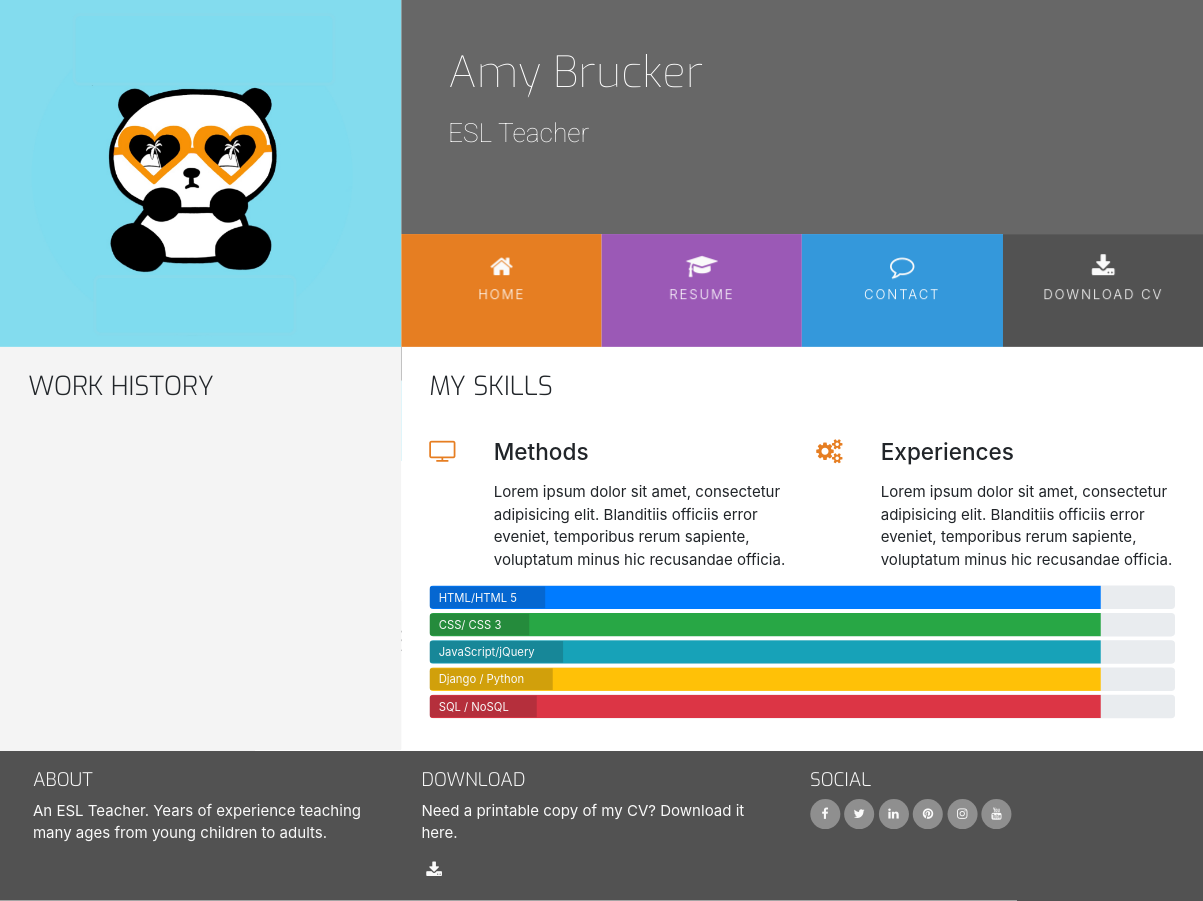
Repository: amybru/resume
Page: resume.html
The author's editor kept a record of every edit. The page is drawn from the files as they stood at one moment, then again after the next edit.
The browser window is 1280 px wide. The pictures show the whole page, at 94% of full size.
Some web libraries are served in a nearby version.

Above is the page before.

### resume.html
<!DOCTYPE html>
<html lang="en">
<head>
    <meta charset="UTF-8">
    <meta name="viewport" content="width=device-width, initial-scale=1.0">
    <meta http-equiv="X-UA-Compatible" content="ie=edge">
    <link rel="stylesheet" href="https://maxcdn.bootstrapcdn.com/bootstrap/4.2.1/css/bootstrap.min.css" type="text/css" />
    <link rel="stylesheet" href="https://maxcdn.bootstrapcdn.com/font-awesome/4.7.0/css/font-awesome.min.css" type="text/css" />
    <link rel="stylesheet" href="https://cdnjs.cloudflare.com/ajax/libs/hover.css/2.3.1/css/hover-min.css" type="text/css" />
    <link rel="stylesheet" href="assets/css/style.css">
    <title>Amy</title>
</head>
<body>
    <header>
        <div class="row no-gutters">
            <a class="col-md-4 logo" href="index.html"></a>
            <div class="col-md-8">
                <div class="row bg-color-name-title no-gutters">
                    <div class="col heading">
                        <h1 class="name">Amy Brucker</h1>
                        <h2 class="title"> ESL Teacher</h2>
                    </div>
                </div>
                <div class="row no-gutters">
                    <div class="col">
                        <ul id="nav" class="list-inline menucontainer">
                            <li class="col-6 col-sm-3 list-inline-item ui-menu-color-home menuitem">
                                <a href="#" class="hvr-sweep-to-bottom"><i class="fa fa-home" aria-hidden="true"></i><span>Home</span></a>
                            </li>
                            <li class="col-6 col-sm-3 list-inline-item ui-menu-color-resume menuitem">
                                <a href="#" class="hvr-sweep-to-bottom"><i class="fa fa-graduation-cap" aria-hidden="true"></i><span>Resume</span></a>
                            </li>
                            <li class="col-6 col-sm-3 list-inline-item ui-menu-color-contact menuitem">
                                <a href="#" class="hvr-sweep-to-bottom"><i class="fa fa-comment-o" aria-hidden="true"></i><span>Contact</span></a>
                            </li>
                            <li class="col-6 col-sm-3 list-inline-item ui-menu-color-download menuitem">
                                <a href="#" class="hvr-sweep-to-bottom"><i class="fa fa-download" aria-hidden="true"></i><span>Download CV</span></a>
                            </li>
                        </ul>
                    </div>
                </div>
            </div>
        </div>
    </header>


    <section class="container-fluid">
        <div class="row">
            <div class="col-md-4 bg-color-personal-info section-column">
                <div class="row">
                    <div class="col-12">
                        <h3 class="section-heading uppercase">
                            Work History
                        </h3>
                    </div>
                </div>

            </div>
            <div class="col-md-8 bg-color-three-reasons section-column">
                <div class="row">
                    <div class="col">
                        <h3 class="section-heading uppercase">My Skills</h3>
                    </div>
                </div>
                <div class="row">
                    <div class="col-10 offset-1 offset-sm-0 col-sm-4 col-md-6">
                        <div class="row">
                            <div class="col-2">
                                <i class="three-reasons-icon fa fa-tv" aria-hidden="true"></i>
                            </div>
                            <div class="col-10">
                                <h4 class="three-reasons-heading">Methods</h4>
                                <p>Lorem ipsum dolor sit amet, consectetur adipisicing elit. Blanditiis officiis error eveniet, temporibus rerum sapiente, voluptatum minus hic recusandae officia.</p>
                            </div>
                        </div>
                    </div>
                    <div class="col-10 offset-1 offset-sm-0 col-sm-4 col-md-6">
                        <div class="row">
                            <div class="col-2">
                                <i class="three-reasons-icon fa fa-gears" aria-hidden="true"></i>
                            </div>
                            <div class="col-10">
                                <h4 class="three-reasons-heading">Experiences</h4>
                                <p>Lorem ipsum dolor sit amet, consectetur adipisicing elit. Blanditiis officiis error eveniet, temporibus rerum sapiente, voluptatum minus hic recusandae officia.</p>
                            </div>
                        </div>
                    </div>
                </div>
                <div class="row">
                    <div class="col">
                        <div class="progress">
                            <div class="progress-bar" role="progressbar" aria-valuenow="90" aria-valuemin="0" aria-valuemax="100" style="width:90%">
                                <span class="sr-only">90% complete</span>
                                <span class="progress-type">HTML/HTML 5</span>
                            </div>
                        </div>
                        <div class="progress">
                            <div class="progress-bar bg-success" role="progressbar" aria-valuenow="80" aria-valuemin="0" aria-valuemax="100" style="width:90%">
                                <span class="sr-only">80% complete</span>
                                <span class="progress-type">CSS/ CSS 3</span>
                            </div>
                        </div>
                        <div class="progress">
                            <div class="progress-bar bg-info" role="progressbar" aria-valuenow="70" aria-valuemin="0" aria-valuemax="100" style="width:90%">
                                <span class="sr-only">70% complete</span>
                                <span class="progress-type">JavaScript/jQuery</span>
                            </div>
                        </div>
                        <div class="progress">
                            <div class="progress-bar bg-warning" role="progressbar" aria-valuenow="80" aria-valuemin="0" aria-valuemax="100" style="width:90%">
                                <span class="sr-only">80% complete</span>
                                <span class="progress-type">Django / Python</span>
                            </div>
                        </div>
                        <div class="progress">
                            <div class="progress-bar bg-danger" role="progressbar" aria-valuenow="9=80" aria-valuemin="0" aria-valuemax="100" style="width:90%">
                                <span class="sr-only">80% complete</span>
                                <span class="progress-type">SQL / NoSQL</span>
                            </div>
                        </div>
                    </div>
                </div>
            </div>
        </div>

    </section>


    <footer class="container-fluid">
        <div id="footer-details" class="row">
            <div class="col-sm-4">
                <h5 class="uppercase general-sub">About</h5>
                <p class="inline-block">An ESL Teacher. Years of experience teaching many ages from young children to adults.</p>
            </div>

            <div class="col-sm-4">
                <h5 class="uppercase general-sub">Download</h5>
                <p class="inline-block">Need a printable copy of my CV? Download it here.</p>
                <a href="#" target="_blank" class="cv-pdf">
                    <i class="fa fa-download" aria-hidden="true"></i>
                    <span class="sr-only">Download link</span>
                </a>
            </div>

            <div class="col-sm-4">
                <h5 class="uppercase general-sub">Social</h5>
                <ul class="list-inline social-links">
                    <li class="list-inline-item">
                        <a target="_blank" href="#">
                            <i class="fa fa-facebook" aria-hidden="true"></i>
                            <span class="sr-only"Facebook></span>
                        </a>
                    </li>
                    <li class="list-inline-item">
                        <a target="_blank" href="#">
                            <i class="fa fa-twitter" aria-hidden="true"></i>
                            <span class="sr-only"Twitter></span>
                        </a>
                    </li>
                    <li class="list-inline-item">
                        <a target="_blank" href="#">
                            <i class="fa fa-linkedin" aria-hidden="true"></i>
                            <span class="sr-only">linkedin</span>
                        </a>
                    </li>
                    <li class="list-inline-item">
                        <a target="_blank" href="#">
                            <i class="fa fa-pinterest" aria-hidden="true"></i>
                            <span class="sr-only"Pinterest></span>
                        </a>
                    </li>
                    <li class="list-inline-item">
                        <a target="_blank" href="#">
                            <i class="fa fa-instagram" aria-hidden="true"></i>
                            <span class="sr-only"Instagram></span>
                        </a>
                    </li>
                    <li class="list-inline-item">
                        <a target="_blank" href="#">
                            <i class="fa fa-youtube" aria-hidden="true"></i>
                            <span class="sr-only"Youtube></span>
                        </a>
                    </li>
                </ul>
            </div>
        </div>


    </footer>
</body>
</html>

### assets/css/style.css
@import url('https://fonts.googleapis.com/css?family=Roboto:100,300,400,400i,500,700&display=swap');
@import url('https://fonts.googleapis.com/css?family=Exo:100,200,300,400,400i,500,600,700,800&display=swap');


/*--------------------------------------------Colors*/

.bg-color-name-title {
    background-color: #676767;
}

.bg-color-three-reasons {
    background-color: #fff;
}

.bg-color-personal-info {
    background-color: #f4f4f4;
}

.bg-color-work-history {
    background-color: #9b59b6;
}

.ui-menu-color-home {
    background-color: #e67e22;
}

.ui-menu-color-resume {
    background-color: #9b59b6;
}

.ui-menu-color-contact {
    background-color: #3498db;
}

.ui-menu-color-download {
    background-color: #525252;
}

.row-table {
    display: table;
}

.section-column {
    display: table-cell;
    padding: 0 30px 30px;
    float: none;
}

.section-heading {
    font-family: "Exo", sans-serif;
    font-weight: 300;
    margin-top: 25px;
    margin-bottom: 40px;
}

.bg-color-contact {
    background-color: #ffffff;
}

/* ----------------------------------------Special paddings/margins/text */

h1,
h2,
h3,
h4 {
    margin: 0;
}

.uppercase {
    text-transform: uppercase;
}

.general-sub {
    font-family: "Exo", sans-serif;
    font-weight: 300;
    color: #fafafa;
}

.inline-block {
    display: inline-block;
}

.row-table {
    display: table;
}

.section-column {
    display: table-cell;
    padding: 0 30px 30px;
    float: none;
}

.history-heading,
.section-heading {
    font-family: "Exo", sans-serif;
    font-weight: 300;
    margin-top: 25px;
    margin-bottom: 40px;
}

/*--------------------------------------------Heading*/

header {
    margin: 0;
}

.heading {
    margin-left: 50px;
}

.logo {
    background: url("../images/miamipanda2.jpg");
    background-position: center;
    background-repeat: no-repeat;
    background-size: cover;
    min-height: 360px;
    transition: all .5s ease-in-out;
    -moz-transition: all .5s ease-in-out;
    -webkit-transition: all .5s ease-in-out;
}

.name {
    font-family: "Exo", sans-serif;
    font-weight: 100;
    font-size: 46px;
    margin-top: 50px;
    color: #fff;
}

.title {
    font-family: "Roboto", sans-serif;
    font-weight: 200;
    font-size: 28px;
    margin-top: 20px;
    margin-bottom: 90px;
    color: #fff;
}

.list-inline-item:not(:last-child) {
    margin: 0;
}

.menucontainer {
    font-size: 0;
}

#nav li {
    font-size: 14px;
    padding: 0;
}

#nav {
    margin: 0;
}

.menuitem {
    height: 120px;
    text-align: center;
    padding: 0;
}

.menuitem a {
    width: 100%;
    text-decoration: none;
    color: #fff;
    height: 120px;
}

.menuitem a i {
    padding-top: 22px;
    display: block;
    color: #fafafa;
    font-size: 26px;
}

.menuitem span {
    display: block;
    width: 100%;
    padding-top: 5px;
    text-align: center;
    text-transform: uppercase;
    font-size: 14px;
    font-weight: 300;
    letter-spacing: 2px;
}

/*--------------------------------------------Hover.css*/

.hvr-sweep-to-bottom:before {
    background: rgba(0, 0, 0, 0.2);
    height: 120px;
}

/* ----------------------------------------Footer */

footer {
    background-color: #525252;
    color: #fafafa;
    min-height: 120px;
    margin: 0;
}

.cv-pdf i {
    font-size: 18px;
    color: #fafafa;
    text-align: center;
    padding-left: 5px;
    transition: all 0.35s ease-in-out;
    -moz-transition: all 0.35s ease-in-out;
    -webkit-transition: all 0.35s ease-in-out;
    -o-transition: all 0.35s ease-in-out;
}

.cv-pdf i:hover {
    color: #e84610;
}

.social-links {
    padding-bottom: 15px;
}

.social-links li a i {
    width: 32px;
    height: 32px;
    padding: 12px 0;
    border-radius: 50%;
    font-size: 13px;
    line-height: 7px;
    text-align: center;
    color: #fafafa;
    background: #8f8f8f;
    transition: all 0.35s ease-in-out;
    -moz-transition: all 0.35s ease-in-out;
    -webkit-transition: all 0.35s ease-in-out;
    -o-transition: all 0.35s ease-in-out;
}

.social-links li a i:hover {
    background: #e84610;
}

#footer-details {
    padding: 20px;
}

/* ----------------------------------------Three Reasons */

.three-reasons-icon {
    font-size: 26px;
    color: #e67e22;
}

.three-reasons-heading {
    margin-bottom: 15px;
}

/* ----------------------------------------Personal Info */

.personal-info-item {
    margin-bottom: 20px;
    display: block;
    clear: both;
}

.personal-info-item .key,
.personal-info-item .value {
    padding-right: 8px;
    display: inline-block;
}

.personal-info-item .key p,
.personal-info-item .value p {
    margin: 0;
}

.personal-info-item .key {
    width: 30%;
    margin-right: 21px;
    padding-top: 2px;
    vertical-align: top;
}

.personal-info-item .key p {
    font-weight: 700;
}

.personal-info-item .value {
    position: relative;
    width: 60%;
}

/* ----------------------------------------Skills */

.progress {
    position: relative;
    height: 25px;
    margin-bottom: 4px;
}

.progress-type {
    position: absolute;
    left: 0px;
    font-weight: 400;
    padding: 3px 30px 2px 10px;
    color: #fafafa;
    background-color: rgba(25, 25, 25, 0.2);
}

.progress-section {
    margin: 40px 20px;
}

/* ----------------------------------------Work History */

.history-heading {
    color: #fafafa;
    margin-bottom: 50px;
}

.timeline-item {
    padding: 4em 2em 0em 2em;
    position: relative;
    color: #fafafa;
    border-left: 1px solid;
}

.timeline-item p {
    padding: 0;
    margin: 0;
}

.timeline-item:before {
    content: attr(data-dates);
    position: absolute;
    left: 2.5em;
    top: 3em;
    display: block;
    font-family: "Exo", sans-serif;
    font-weight: 500;
    font-size: 0.8em;
    padding: 0;
    margin: 0;
}

.timeline-item:after {
    width: 12px;
    height: 12px;
    display: block;
    top: 2.4em;
    position: absolute;
    left: -6px;
    border-radius: 12px;
    content: '';
    background: #fafafa;
}

.history-items {
    margin-bottom: 30px;
}


/* ----------------------------------------Contact */

.contact-heading {
    font-family: "Exo", sans-serif;
    font-weight: 300;
    margin-top: 25px;
    margin-bottom: 20px;
}

.center-form {
    padding: 10px;
    margin: 0 auto;
    max-width: 70%;
}

button[type="submit"] {
    margin-top: 15px;
    margin-bottom: 30px;
    color: #fafafa;
    background-color: #e84610;
}


/* ----------------------------------------Media Queries */

@media(min-width: 992px) {
    .center-form {
    padding-top: 30px;
    min-height: 240px;
    margin: 0 auto;
    max-width: 50%;
}
}

After the next edit:
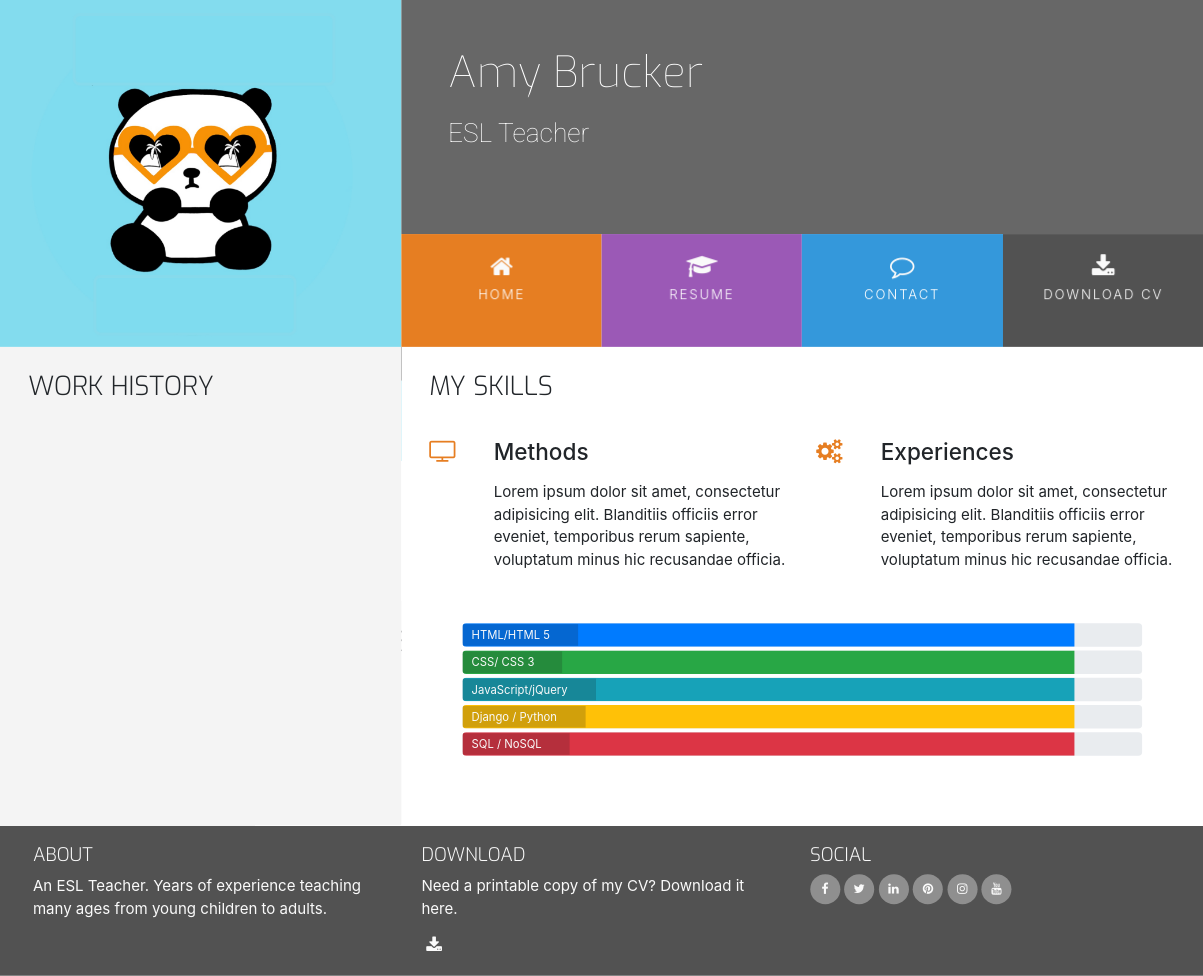
The edit:
--- a/resume.html
+++ b/resume.html
@@ -86,7 +86,8 @@
                         </div>
                     </div>
                 </div>
-                <div class="row">
+
+                <div class="row progress-section">
                     <div class="col">
                         <div class="progress">
                             <div class="progress-bar" role="progressbar" aria-valuenow="90" aria-valuemin="0" aria-valuemax="100" style="width:90%">
